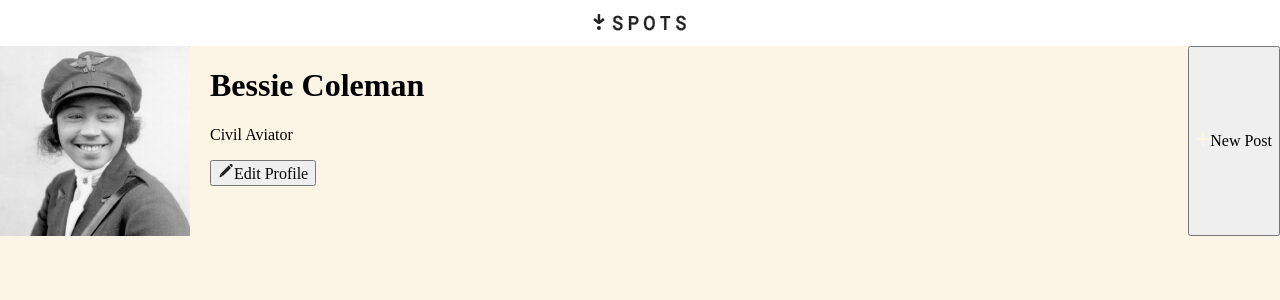
Repository: riffey55/se_project_spots
Page: index.html
These files come from the project's save history. The page is drawn as it stood at one moment and after the next save; the edit follows.
The browser window is 1280 px wide. The pictures show the whole page.

Above is the page before, as saved 2025-05-19 17:03:14.

### index.html
<!DOCTYPE html>
<html lang="en">
  <head>
    <meta charset="UTF-8" />
    <meta name="viewport" content="width=device-width, initial-scale=1.0" />
    <meta name="description" content="????" />
    <meta name="author" content="Beren Riffey" />
    <meta name="keywords" content="HTML, CSS. ??" />
    <link rel="stylesheet" href="./pages/index.css" />
    <link rel="icon" type="image/x-icon" href="favicon.ico" />
    <title>Spots</title>
  </head>
  <body>
    <div class="page">
      <header class="header">
        <img src="./images/Logo.svg" alt="Spot logo" class="header__logo" />
      </header>
      <main class="content">
        <section class="profile page__section">
          <img
            src="./images/avatar.jpg"
            alt="Bessie Coleman avatar"
            class="profile__avatar"
          />
          <div class="profile__column">
            <h1 class="profile__name">Bessie Coleman</h1>
            <p class="profile__description">Civil Aviator</p>
            <button class="profile__edit-btn">
              <img src="./images/pencil.svg" alt="Pencil icon" />Edit Profile
            </button>
          </div>
          <button class="profile__add-btn">
            <img src="./images/plus.svg" alt="Plus icon" class="" />New Post
          </button>
        </section>
      </main>
      <footer class="footer"></footer>
    </div>
  </body>
</html>

### pages/index.css
@import url(..vendor/normalize.css);
@import url(../blocks/page.css);
@import url(../blocks/header.css);
@import url(../blocks/profile.css);

### blocks/page.css
.page {
  background-color: #fcf5e5;
  min-height: 100vh;
}

.page__section {
  margin: 0 auto;
  max-width: 1280px;
}

### blocks/profile.css
.profile {
  display: flex;
}
.profile__avatar {
  margin-right: 20px;
}
.profile__add-btn {
  margin-left: auto;
}

Loaded but not shown: vendor/normalize.css (library); blocks/header.css (common file)

After the next save:
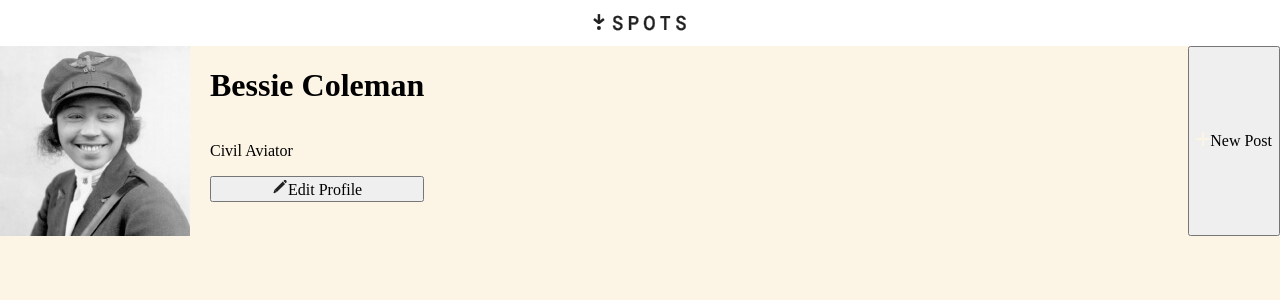
Saved 88 s later.
--- a/blocks/profile.css
+++ b/blocks/profile.css
@@ -1,9 +1,16 @@
 .profile {
   display: flex;
 }
+
 .profile__avatar {
   margin-right: 20px;
 }
+
+.profile__column {
+  display: flex;
+  flex-direction: column;
+}
+
 .profile__add-btn {
   margin-left: auto;
 }
